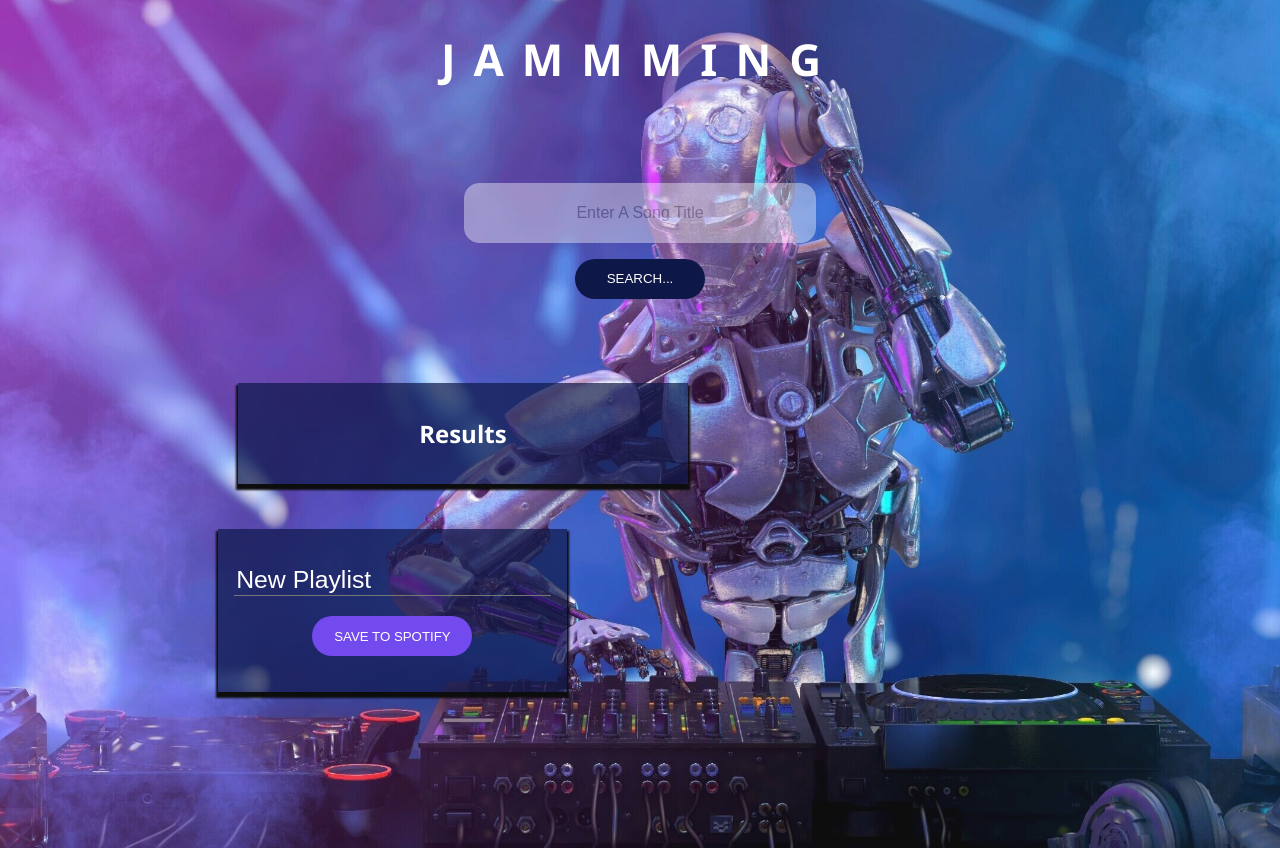
Repository: LolaSL/jamming
Page: /
These files come from the project's save history. The page is drawn as it stood at one moment and after the next save; the edit follows.
The browser window is 1280 px wide. The pictures show the whole page.
The project was rebuilt for these pictures with package versions that can differ from the ones it lists, and the page was loaded fresh each time. Also part of the build but not shown: src/components/Track/Track.css, src/components/Track/Track.jsx.

Above is the page before, as saved 2023-06-22 19:01:01.

After the next save:
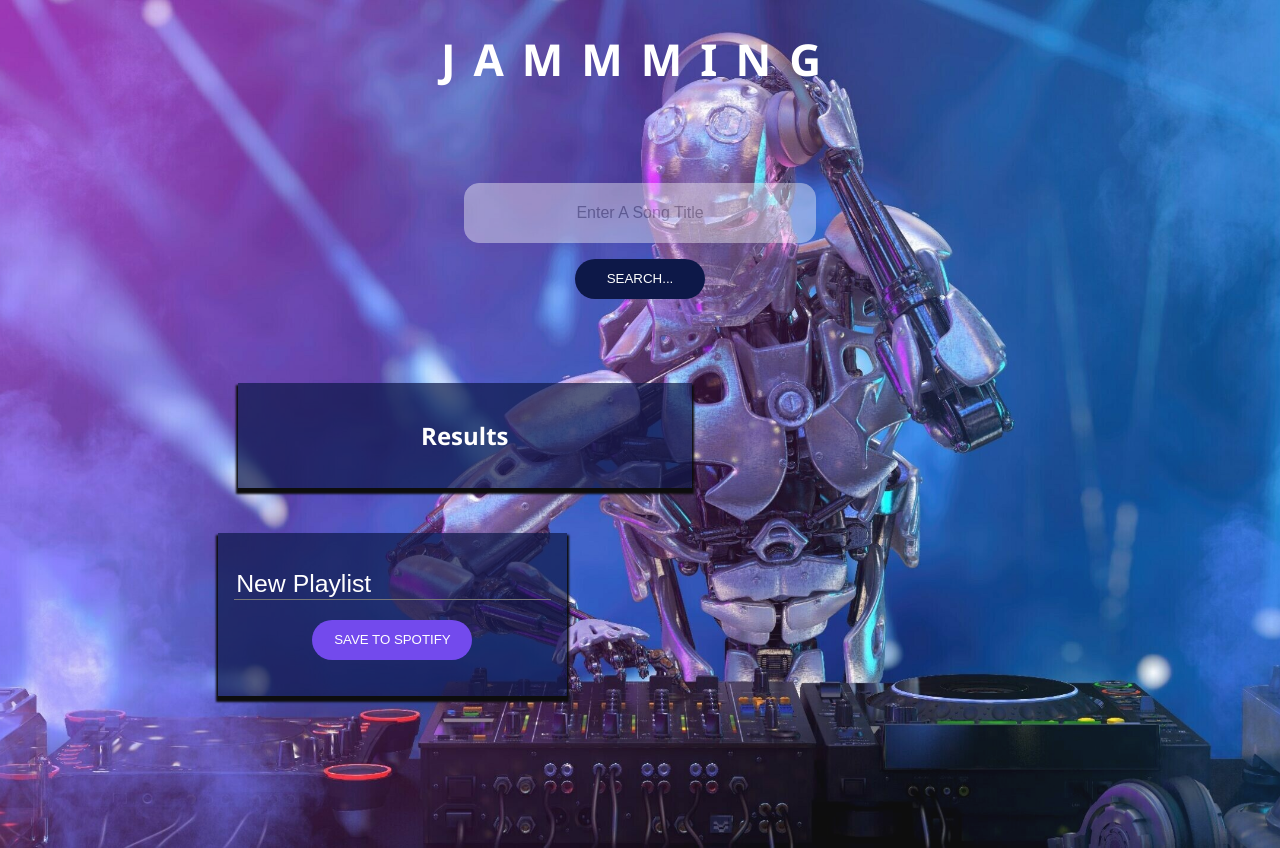
Saved 21 s later.
--- a/src/components/SearchResults/SearchResults.css
+++ b/src/components/SearchResults/SearchResults.css
@@ -6,7 +6,7 @@
     overflow-y: scroll;
     align-items: center;
     margin: 20px;
-    padding: .88rem;
+    padding: 1rem;
     background-color: rgba(1, 12, 63, 0.7);
     box-shadow: 0 4px 2px 2px #000000;
   }
